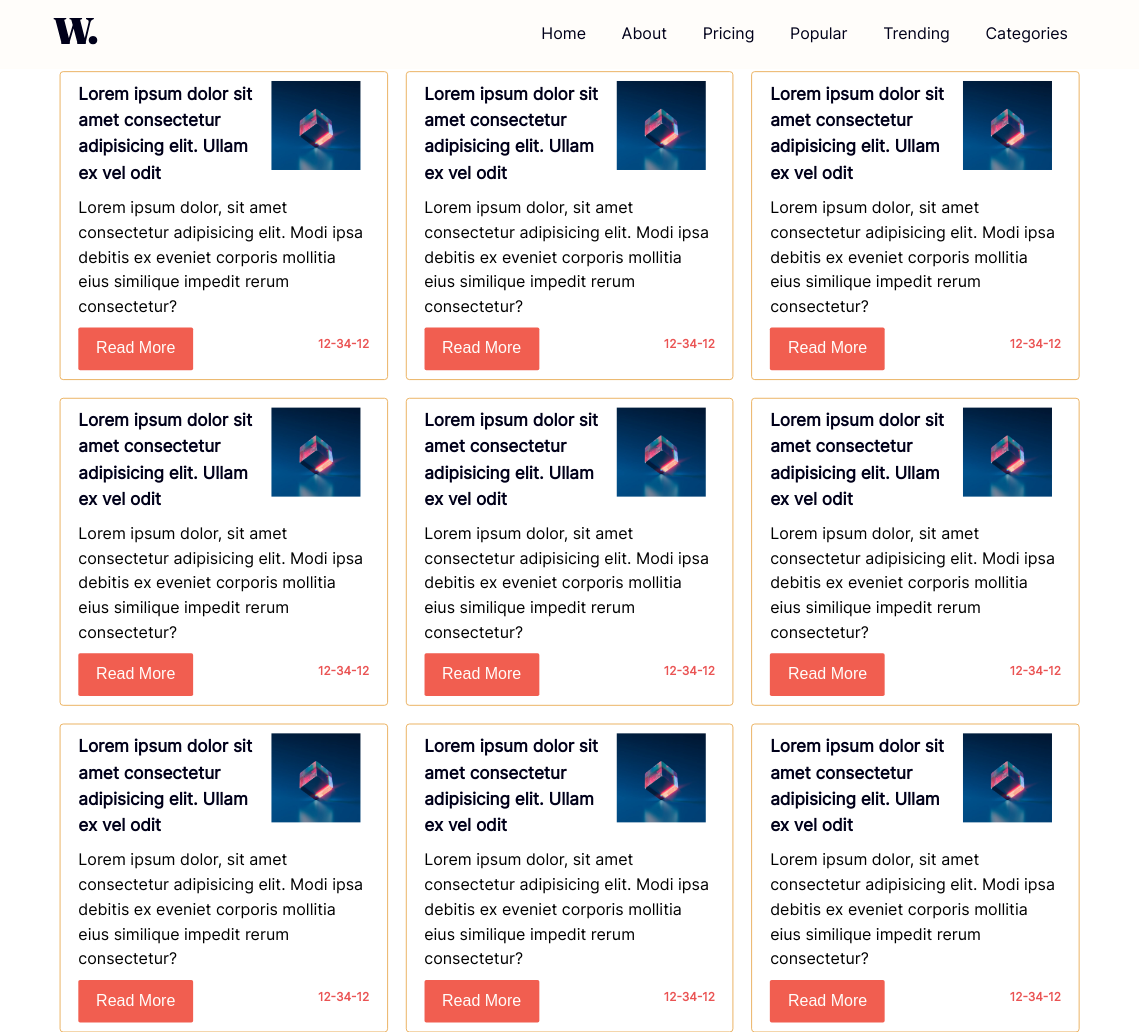
Repository: Benedict-Anthony/web3.0-blog-chain
Page: /trending
The author's editor kept a copy of each file at every save. The page is drawn from the files as they stood at one save, then again after the next save.
The browser window is 1280 px wide. The pictures show the whole page, at 89% of full size.
The project was rebuilt for these pictures with package versions that can differ from the ones it lists, and the page was loaded fresh each time. The framework's server and built-in components were replaced by stand-ins that run in the browser. Also part of the build but not shown: next.config.js, styles/styles.css.

Above is the page before, as saved 2022-12-21 03:24:14.

After the next save:
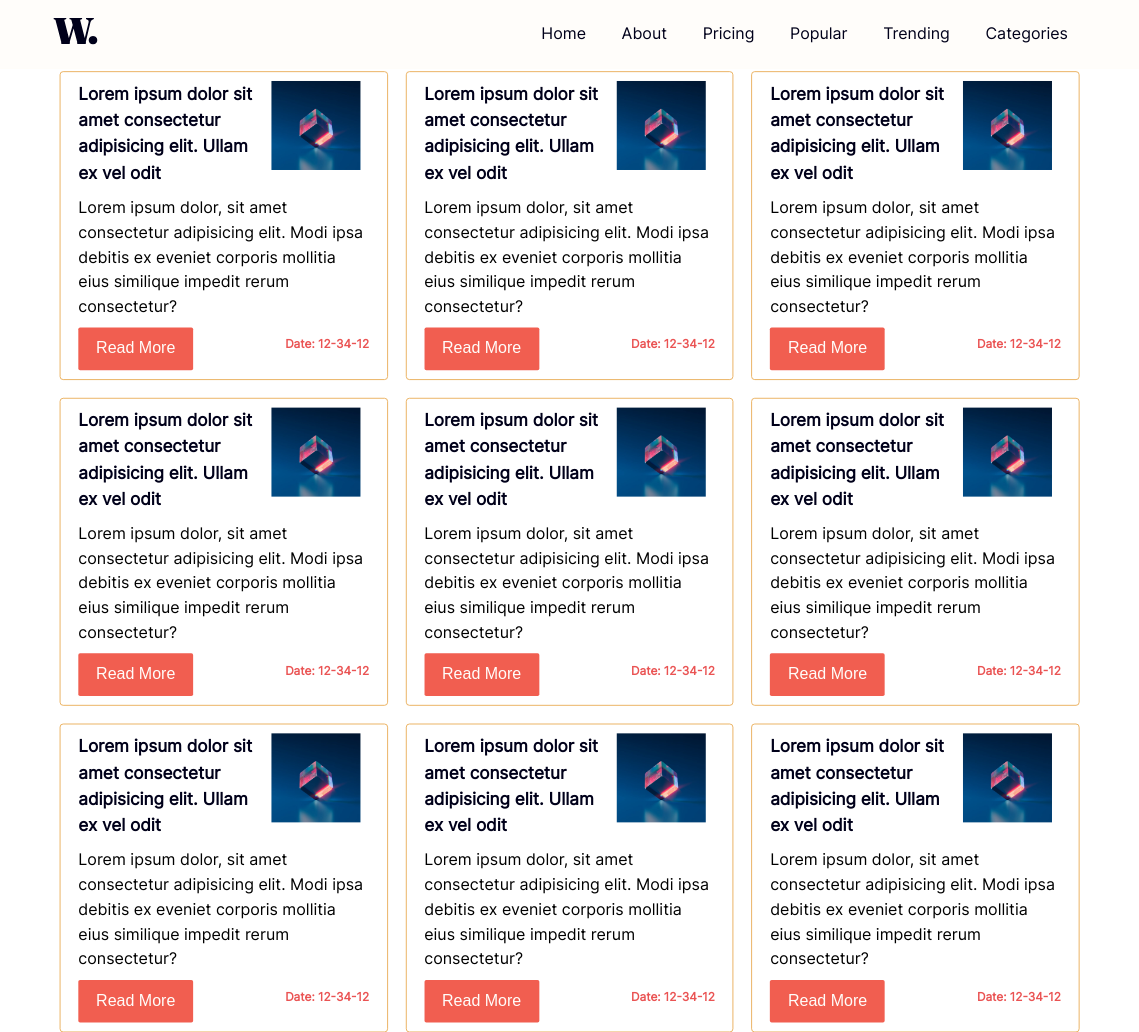
Saved 28 s later.
--- a/components/Trending.tsx
+++ b/components/Trending.tsx
@@ -30,7 +30,7 @@
         justifyContent:"space-between"
       }}>
               <Button title='read more'/>
-          <h5 style={{color:"hsl(0, 78%, 62%)"}}>12-34-12</h5>
+          <h5 style={{color:"hsl(0, 78%, 62%)"}}>Date: 12-34-12</h5>
         </div>
     </article>
   )

After the save that followed:
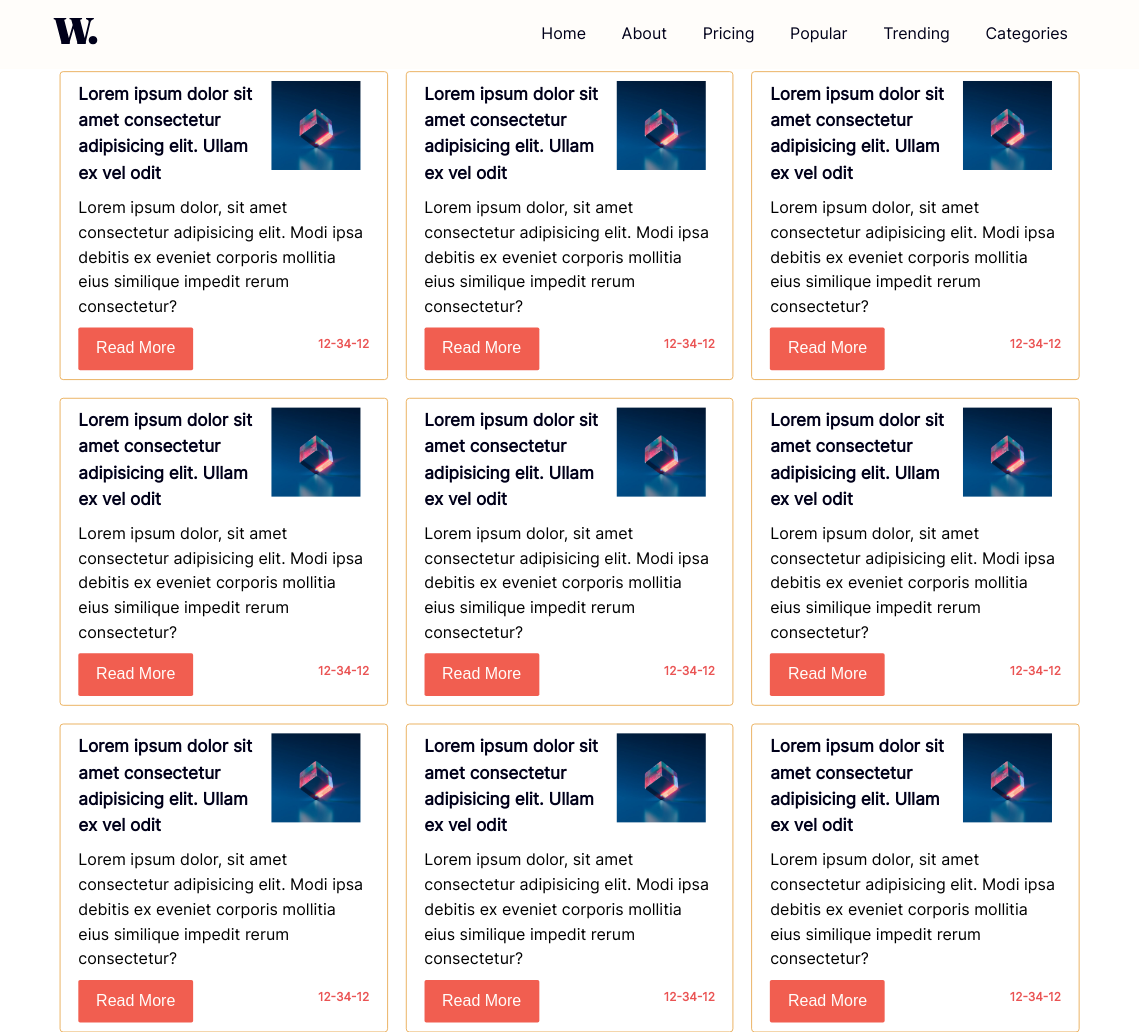
Saved 16 s later.
--- a/components/Trending.tsx
+++ b/components/Trending.tsx
@@ -30,7 +30,7 @@
         justifyContent:"space-between"
       }}>
               <Button title='read more'/>
-          <h5 style={{color:"hsl(0, 78%, 62%)"}}>Date: 12-34-12</h5>
+          <h5 style={{color:"hsl(0, 78%, 62%)"}}>12-34-12</h5>
         </div>
     </article>
   )
